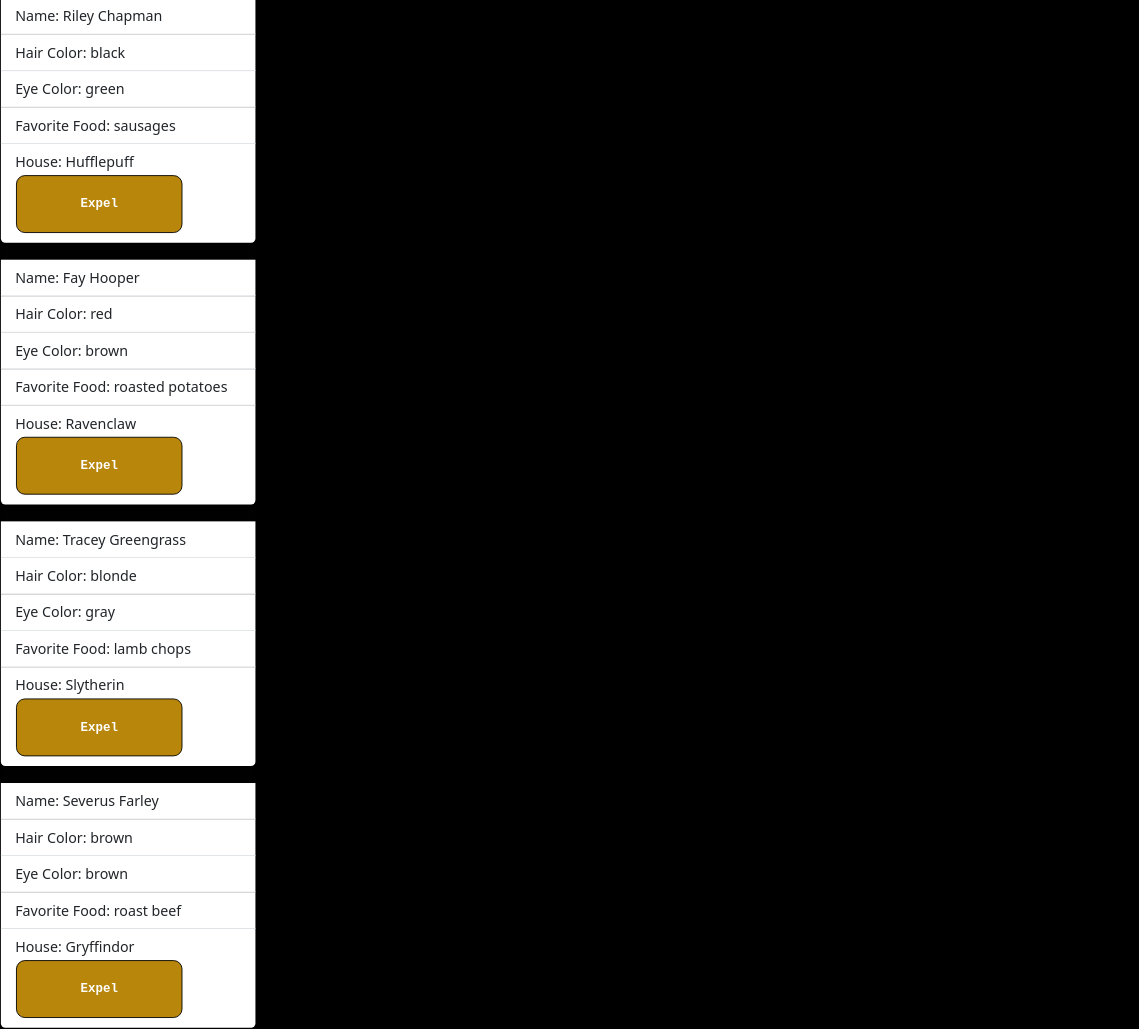
Repository: jontslater/INDIVIDUAL-PROJECT-sorting-hat
Page: index.html
The author's editor kept a copy of each file at every save. The page is drawn from the files as they stood at one save, then again after the next save.
The browser window is 1280 px wide. The pictures show the part of the page from y = 538 to 1694 px (the page is 1694 px tall), at 89% of full size.
A picture or video elsewhere on the page could not be fetched, so the positions and the page height are approximate.

Above is the page before, as saved 2023-10-31 19:04:26.

After the next save:
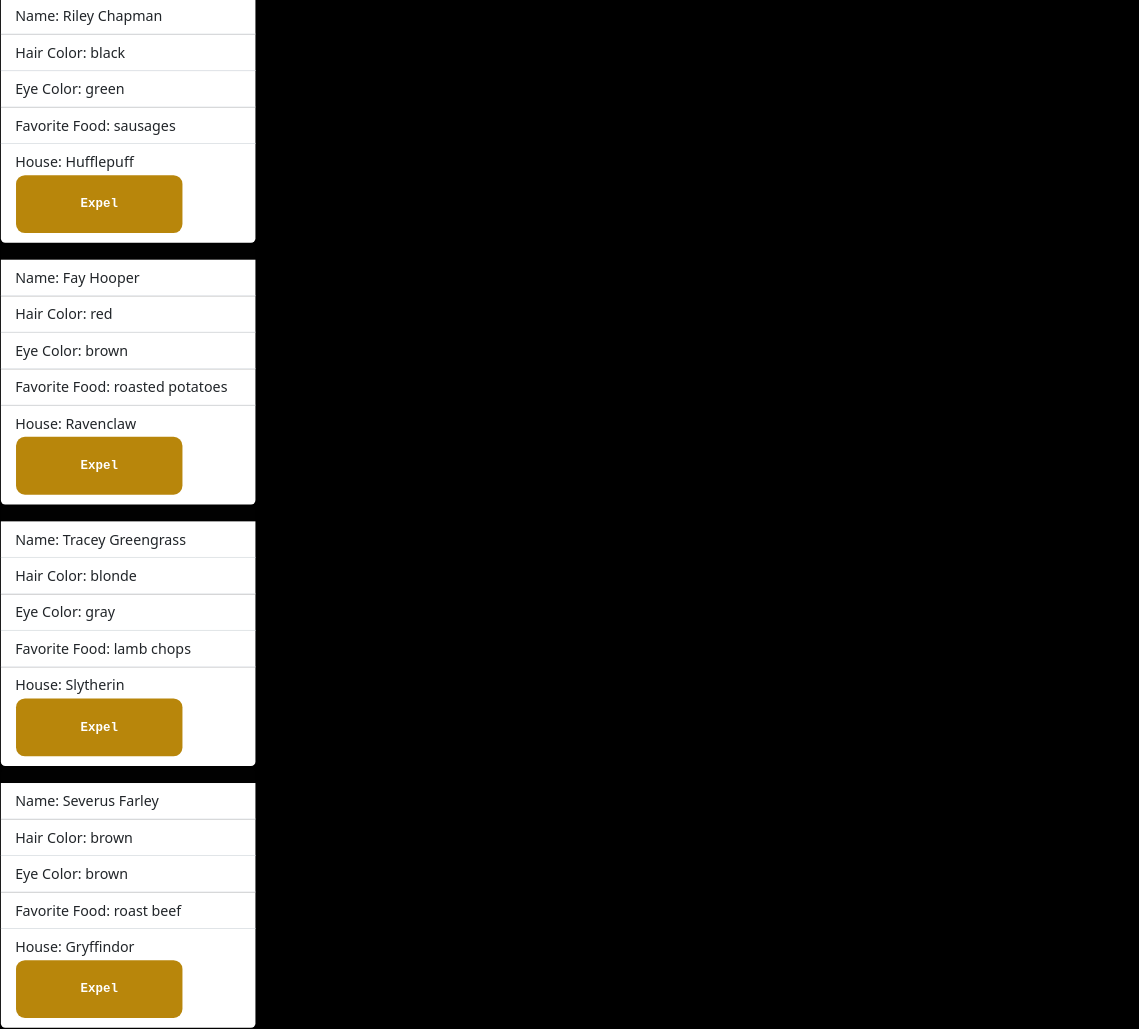
Saved 7 s later.
--- a/main.css
+++ b/main.css
@@ -35,7 +35,7 @@
   right: 120px;
   width: 187px;
   height: 65px;
-  border: solid black 1px;
+  border: solid black 0px;
   border-radius: 10px;
   color: white;
   font-size:14px;
